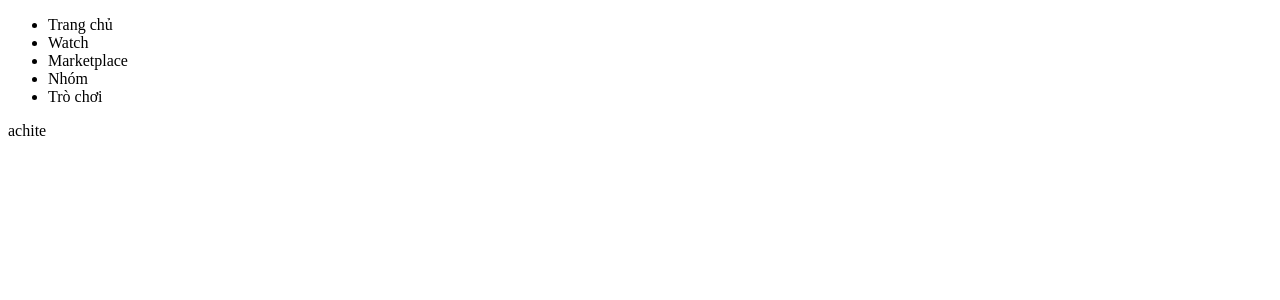
Repository: congle98/CSS_LayoutFacebookCoBan
Page: index.html
An editor plug-in stored every save of this project. The page is shown before and after a run of saves, followed by the edit.
The browser window is 1280 px wide. The pictures show the whole page.

Above is the page before, as saved 2021-05-26 15:20:02.

### index.html
<!DOCTYPE html>
<html lang="en">
<head>
    <meta charset="UTF-8">
    <meta http-equiv="X-UA-Compatible" content="IE=edge">
    <meta name="viewport" content="width=device-width, initial-scale=1.0">
    <title>Document</title>
</head>
<body>
    <header>
        <nav>
            <ul>
                <li>Trang chủ</li>
                <li>Watch</li>
                <li>Marketplace</li>
                <li>Nhóm</li>
                <li>Trò chơi</li>
            </ul>
        </nav>
    </header>
    <section>
        achite
    </section>
</body>
</html>

After the next 9 saves:
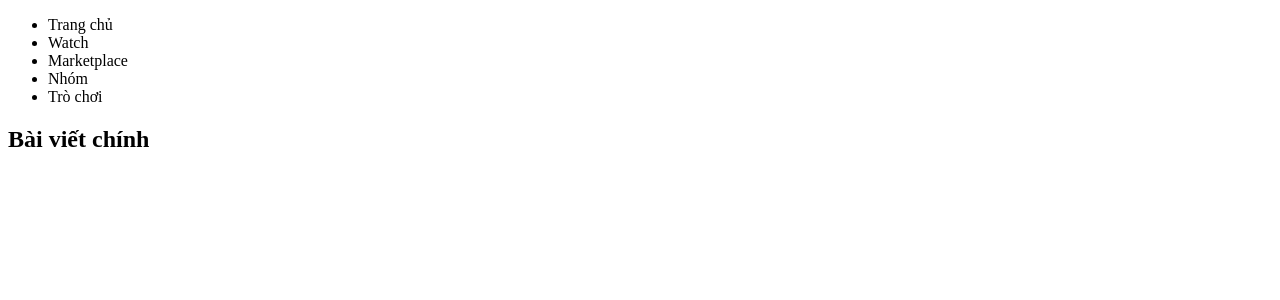
The 9 saves are shown as one change because they came seconds apart.
The last was saved 21 s later.
--- a/index.html
+++ b/index.html
@@ -19,7 +19,9 @@
         </nav>
     </header>
     <section>
-        achite
+        <article>
+            <h2>Bài viết chính</h2>
+        </article>
     </section>
 </body>
 </html>
